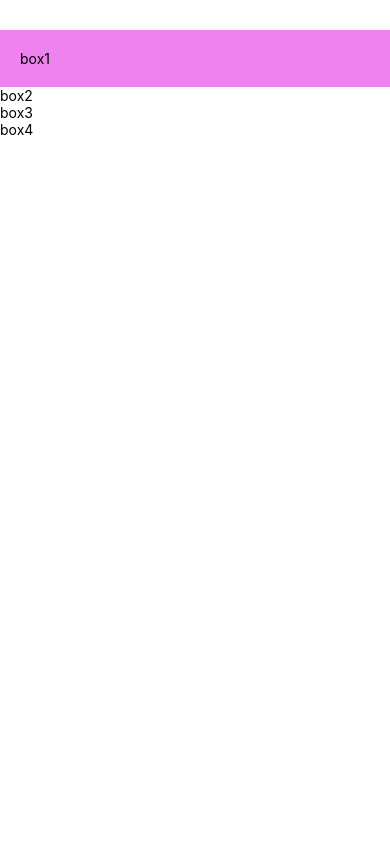
Repository: shiv0403/React-native-tutorial
Screen: /
These files come from the project's save history. The screen is drawn as it stood at one moment and after the next save; the edit follows.
The app was drawn by React Native's web renderer in a window 390 px wide. The project was rebuilt for these pictures with package versions that can differ from the ones it lists, and the page was loaded fresh each time. Also part of the build but not shown: components/AddTodo.js, components/Header.js, components/TodoItem.js.

Above is the screen before, as saved 2021-02-11 11:22:50.

### App.js
import React, { useState } from "react";
import {
  Alert,
  FlatList,
  StyleSheet,
  TouchableWithoutFeedback,
  View,
  Keyboard,
} from "react-native";
import AddTodo from "./components/AddTodo";
import Flex from "./components/Flex";
import Header from "./components/Header";
import TodoItem from "./components/TodoItem";

export default function App() {
  const [todo, setTodo] = useState([
    { text: "wake up", key: "1" },
    { text: "eat breakfast", key: "2" },
    { text: "exercise", key: "3" },
    { text: "study", key: "4" },
    { text: "sleep", key: "5" },
  ]);

  const handleDelete = (key) => {
    setTodo((todos) => {
      return todos.filter((todo) => todo.key != key);
    });
  };

  const handleSubmit = (text) => {
    if (text.length > 3) {
      setTodo((todos) => {
        return [{ text: text, key: Math.random().toString() }, ...todos];
      });
    } else {
      Alert.alert("OOPS!", "Task lenght must be over 3 chars", [
        { text: "Understood", onPress: () => console.log("Alert Closed") },
      ]);
    }
  };

  return (
    <Flex />
    // <TouchableWithoutFeedback
    //   onPress={() => {
    //     Keyboard.dismiss();
    //   }}
    // >
    //   <View style={styles.container}>
    //     <Header />
    //     <View style={styles.content}>
    //       <AddTodo handleSubmit={handleSubmit} />
    //       <View style={styles.list}>
    //         <FlatList
    //           data={todo}
    //           keyExtractor={(item) => item.key}
    //           renderItem={({ item }) => {
    //             return <TodoItem item={item} handleDelete={handleDelete} />;
    //           }}
    //         />
    //       </View>
    //     </View>
    //   </View>
    // </TouchableWithoutFeedback>
  );
}

const styles = StyleSheet.create({
  container: {
    flex: 1,
    backgroundColor: "#fff",
    marginTop: 30,
  },
  list: {
    margin: 20,
  },
});

### components/Flex.js
import React from "react";
import { StyleSheet, View, Text } from "react-native";

export default function Flex() {
  return (
    <View style={styles.flex}>
      <Text style={styles.box1}>box1</Text>
      <Text style={styles.box2}>box2</Text>
      <Text style={styles.box3}>box3</Text>
      <Text style={styles.box4}>box4</Text>
    </View>
  );
}

const styles = StyleSheet.create({
  flex: {
    display: "flex",
    marginTop: 30,
  },
  box1: {
    backgroundColor: "violet",
    padding: 20,
  },
});

After the next save:
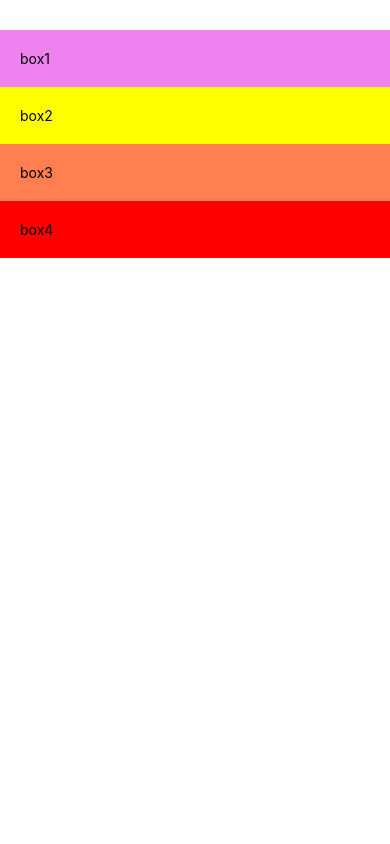
Saved 22 s later.
--- a/components/Flex.js
+++ b/components/Flex.js
@@ -21,4 +21,16 @@ const styles = StyleSheet.create({
     backgroundColor: "violet",
     padding: 20,
   },
+  box2: {
+    backgroundColor: "yellow",
+    padding: 20,
+  },
+  box3: {
+    backgroundColor: "coral",
+    padding: 20,
+  },
+  box4: {
+    backgroundColor: "red",
+    padding: 20,
+  },
 });
